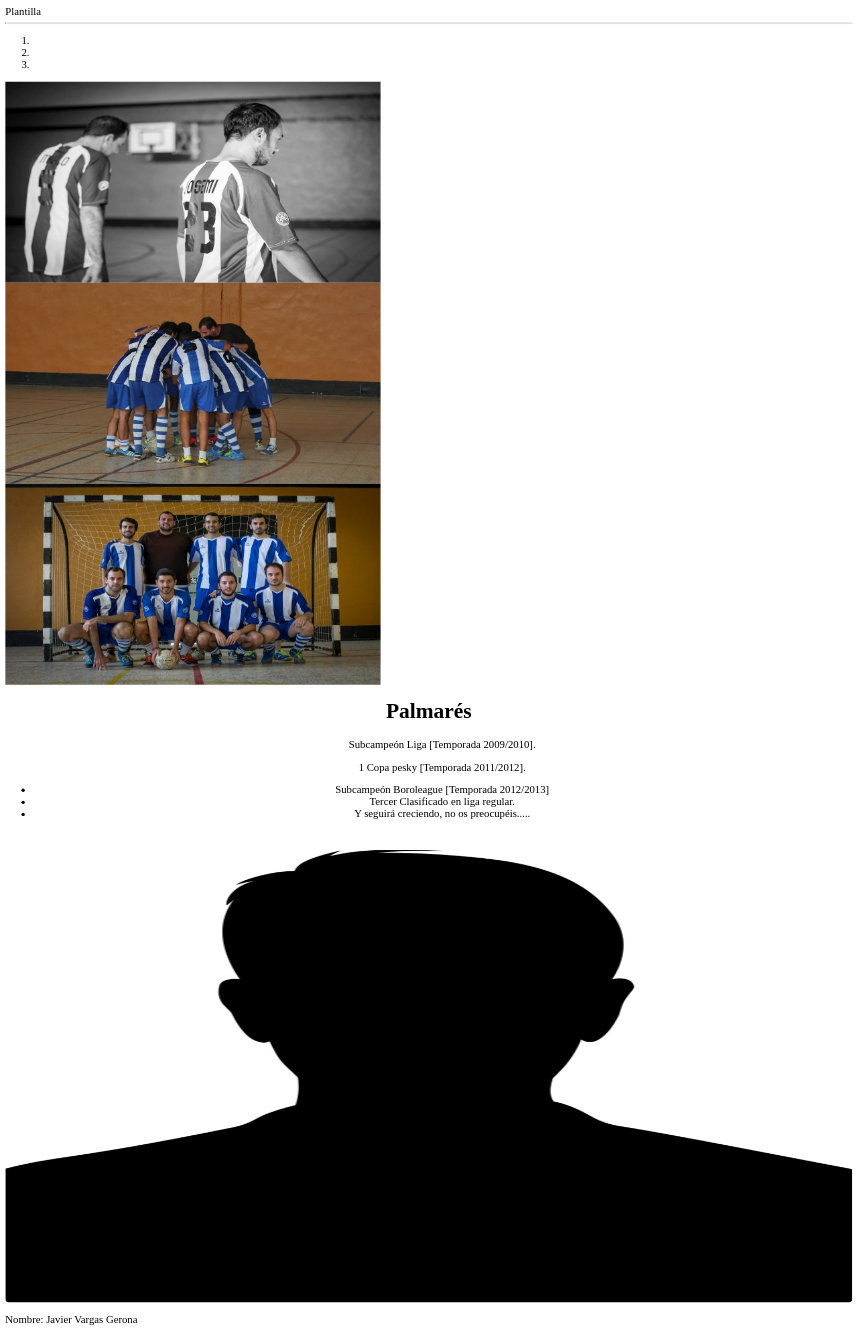
Repository: DiegoGodoy/atletiblue
Page: app/views/plantilla.html
The author's editor kept a record of every edit. The page is drawn from the files as they stood at one moment, then again after the next edit.
The browser window is 1280 px wide. The pictures show the whole page, at 67% of full size.

Above is the page before.

After the next edit:
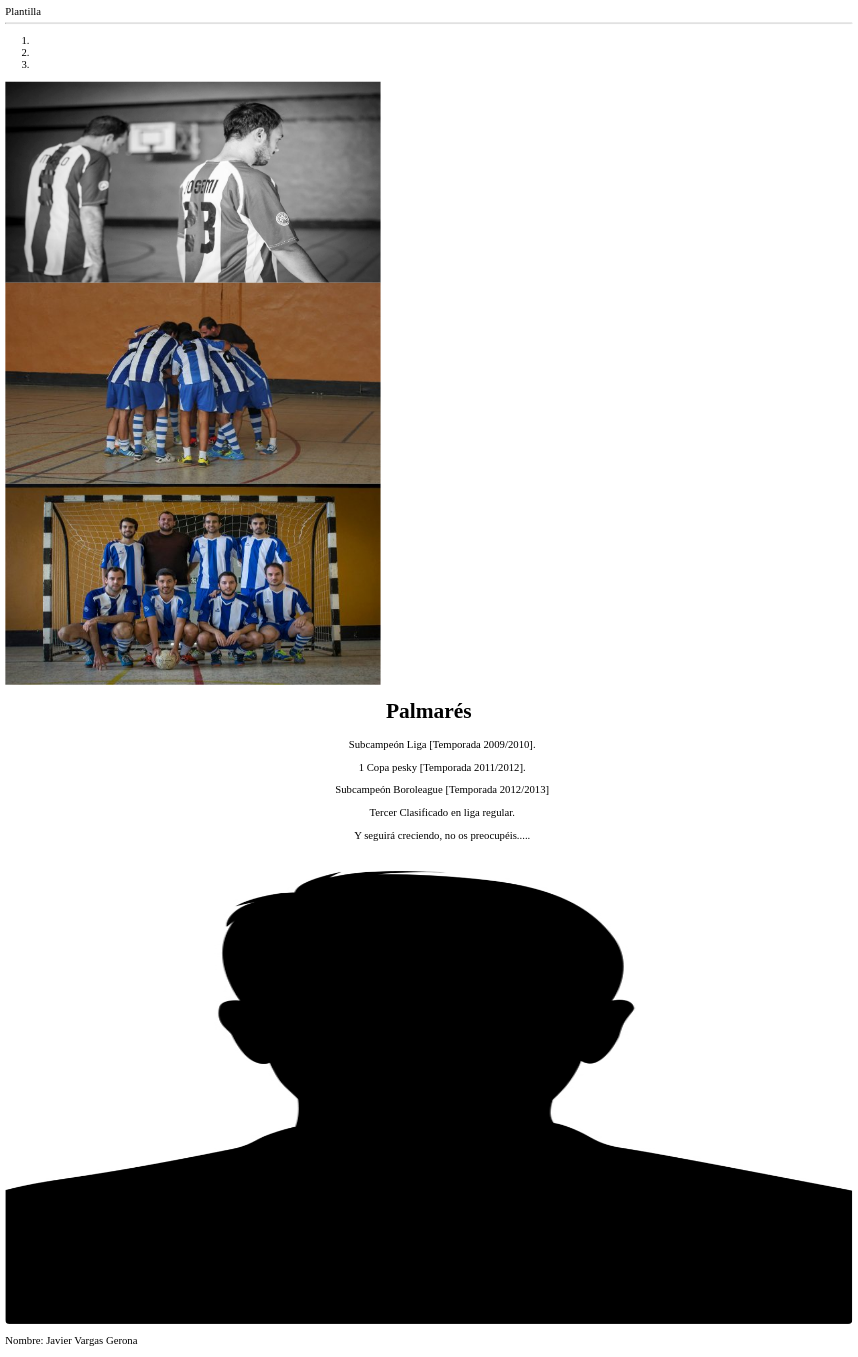
The edit:
--- a/app/views/plantilla.html
+++ b/app/views/plantilla.html
@@ -44,10 +44,10 @@
 
                             <ul>
                                 <p>Subcampeón Liga [Temporada 2009/2010].</p>
-                                <p>1 Copa pesky [Temporada 2011/2012].</li>
-                                <li>Subcampeón Boroleague [Temporada 2012/2013]</li>
-                                <li>Tercer Clasificado en liga regular.</li>
-                                <li>Y seguirá creciendo, no os preocupéis.....</li>
+                                <p>1 Copa pesky [Temporada 2011/2012].</p>
+                                <p>Subcampeón Boroleague [Temporada 2012/2013]</li>
+                                <p>Tercer Clasificado en liga regular.</li>
+                                <p>Y seguirá creciendo, no os preocupéis.....</li>
                             </ul>
                         </div>
                 </div>
